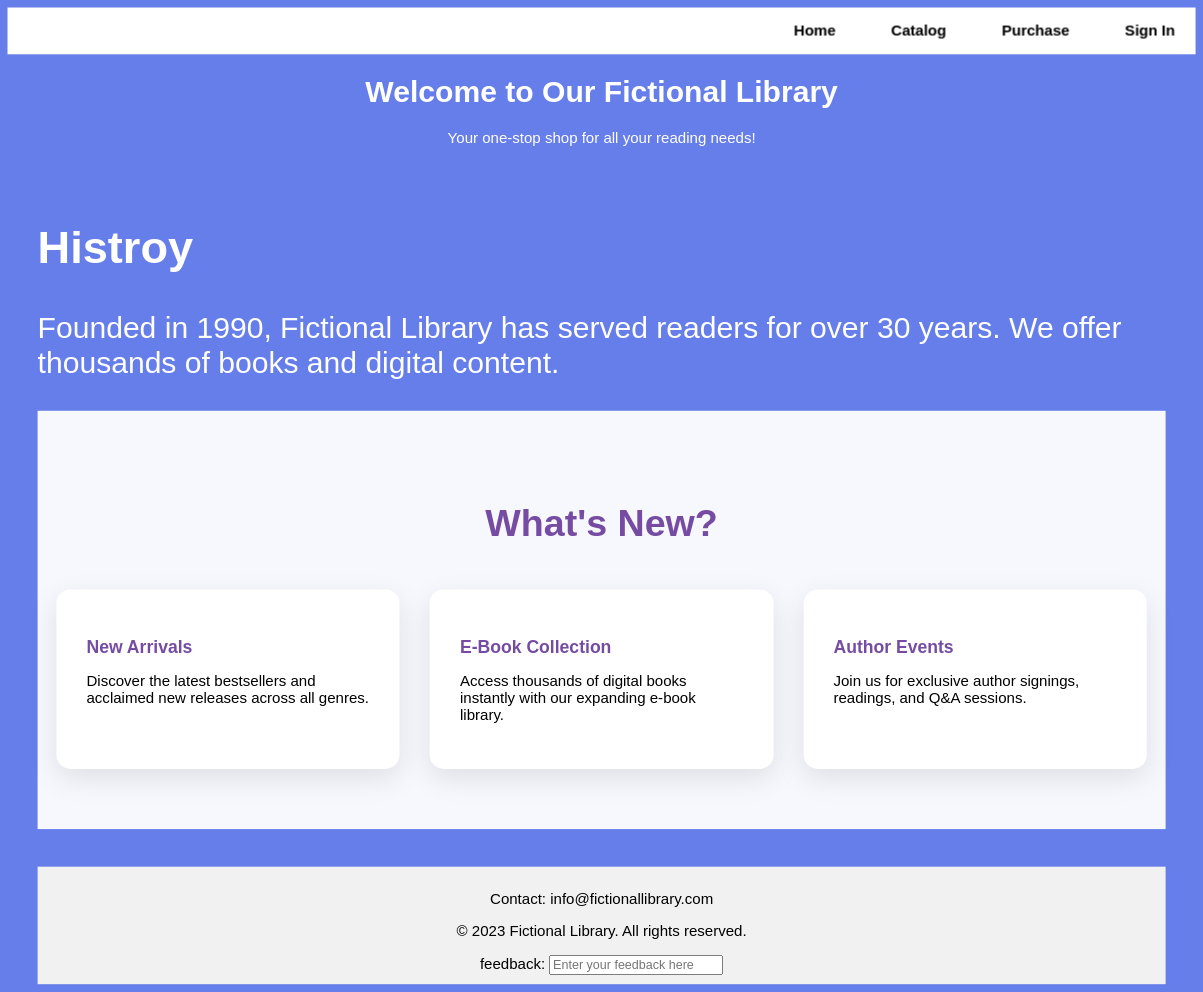
Repository: Ibrahim-Abohola/BookStore
Page: Homepage.html
An editor plug-in stored every save of this project. The page is shown before and after the next save, followed by the edit.
The browser window is 1280 px wide. The pictures show the whole page, at 94% of full size.

Above is the page before, as saved 2025-07-16 01:04:41.

After the next save:
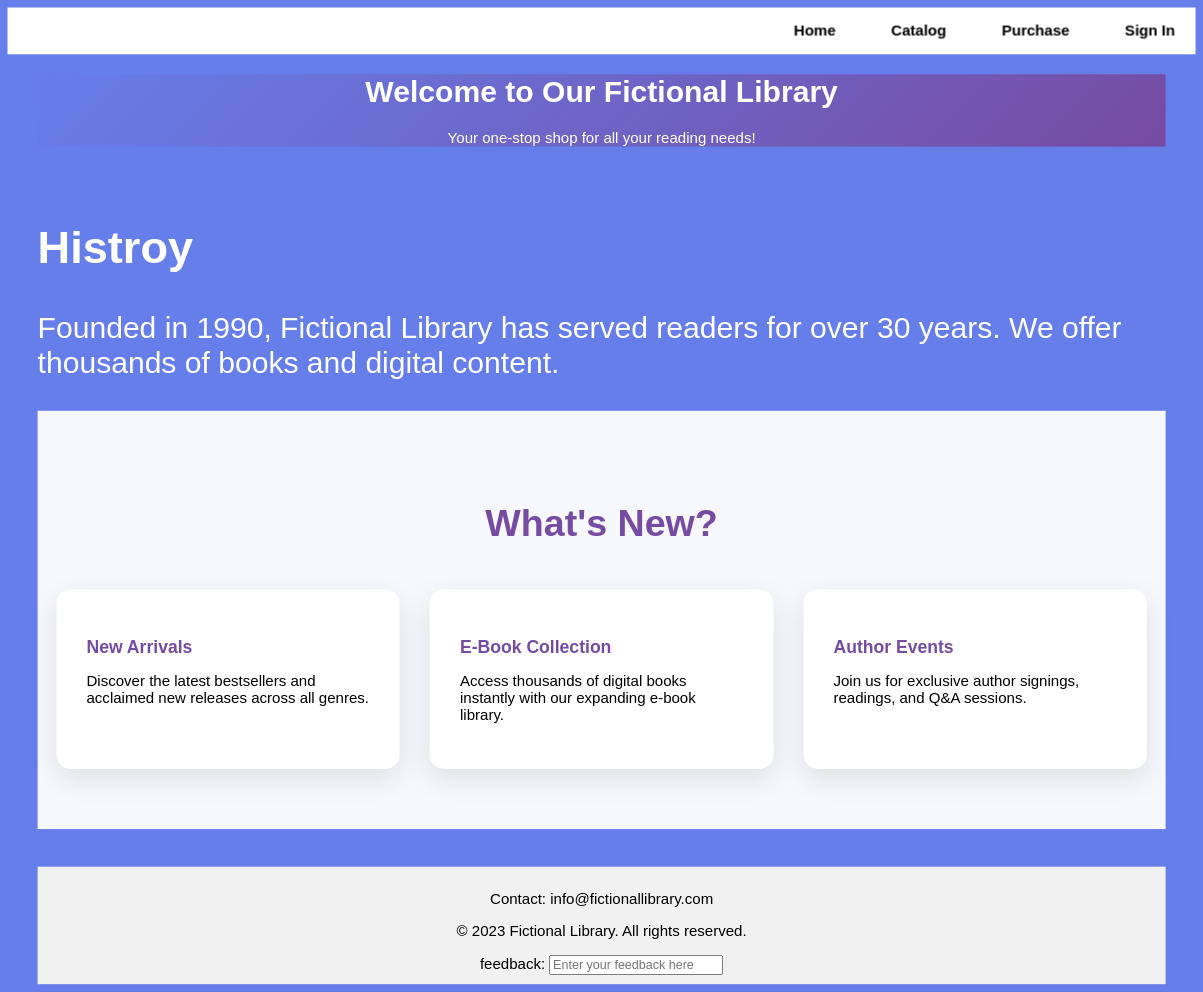
Saved 5 s later.
--- a/styles.css
+++ b/styles.css
@@ -63,7 +63,7 @@
 }
 
 .hero {
-
+    background: linear-gradient(135deg, #667eea, #764ba2);
     color: white;
     text-align: center;
 }

After the 2 saves that followed:
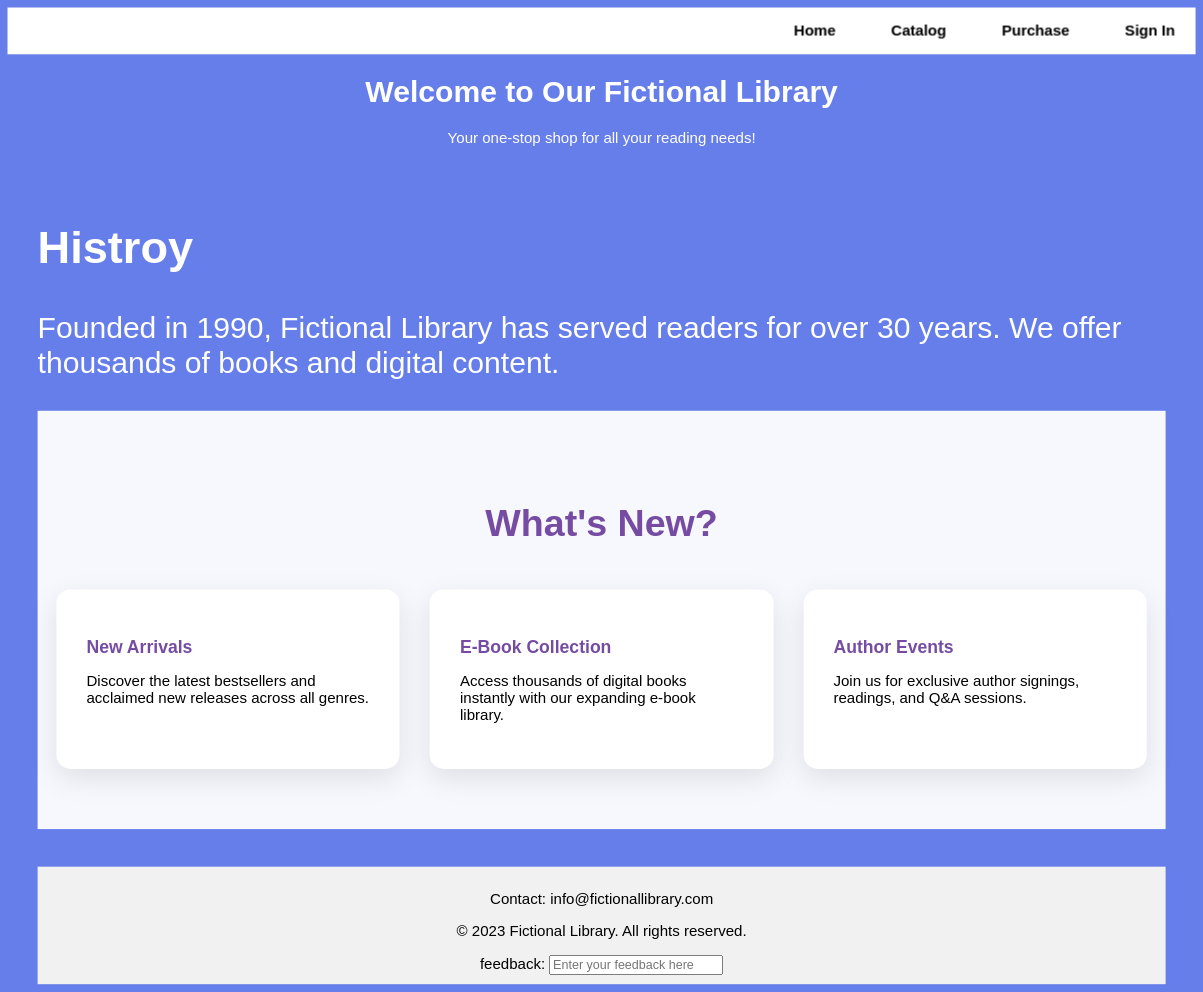
The 2 saves are shown as one change because they came seconds apart.
The last was saved 10 s later.
--- a/styles.css
+++ b/styles.css
@@ -63,7 +63,7 @@
 }
 
 .hero {
-    background: linear-gradient(135deg, #667eea, #764ba2);
+
     color: white;
     text-align: center;
 }
